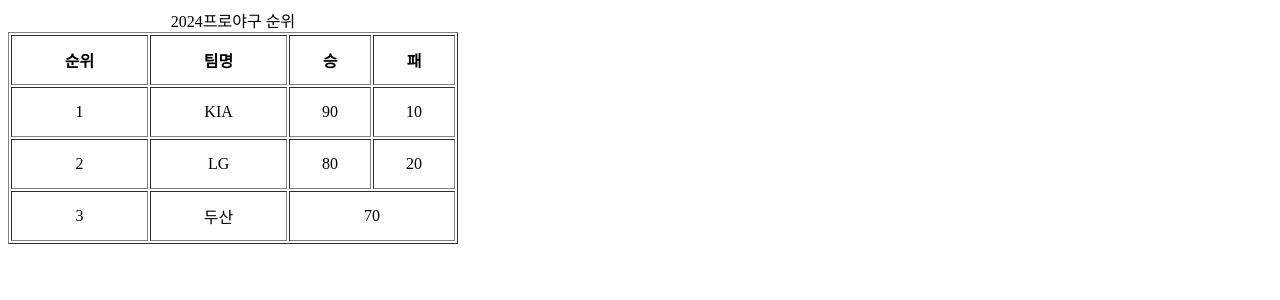
Repository: angelSuho/KCC_Learning_Repo
Page: Html/WebContent/table.html
These files come from the project's save history. The page is drawn as it stood at one moment and after the next save; the edit follows.
The browser window is 1280 px wide. The pictures show the whole page.

Above is the page before, as saved 2024-07-08 05:27:54.

After the next save:
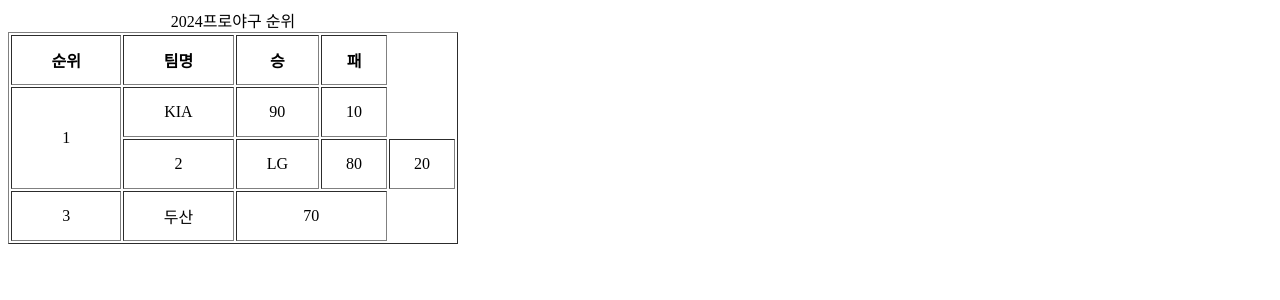
Saved 23 s later.
--- a/Html/WebContent/table.html
+++ b/Html/WebContent/table.html
@@ -17,7 +17,7 @@
 		</thead>
 		<tbody>
 			<tr height="50" align="center">
-			<td>1</td>
+			<td rowspan="2">1</td>
 			<td>KIA</td>
 			<td>90</td>
 			<td>10</td>
@@ -32,6 +32,7 @@
 			<td>3</td>
 			<td>두산</td>
 			<td colspan="2">70</td>
+			<!-- <td>30</td> -->
 			</tr>
 		</tbody>
 	</table>
